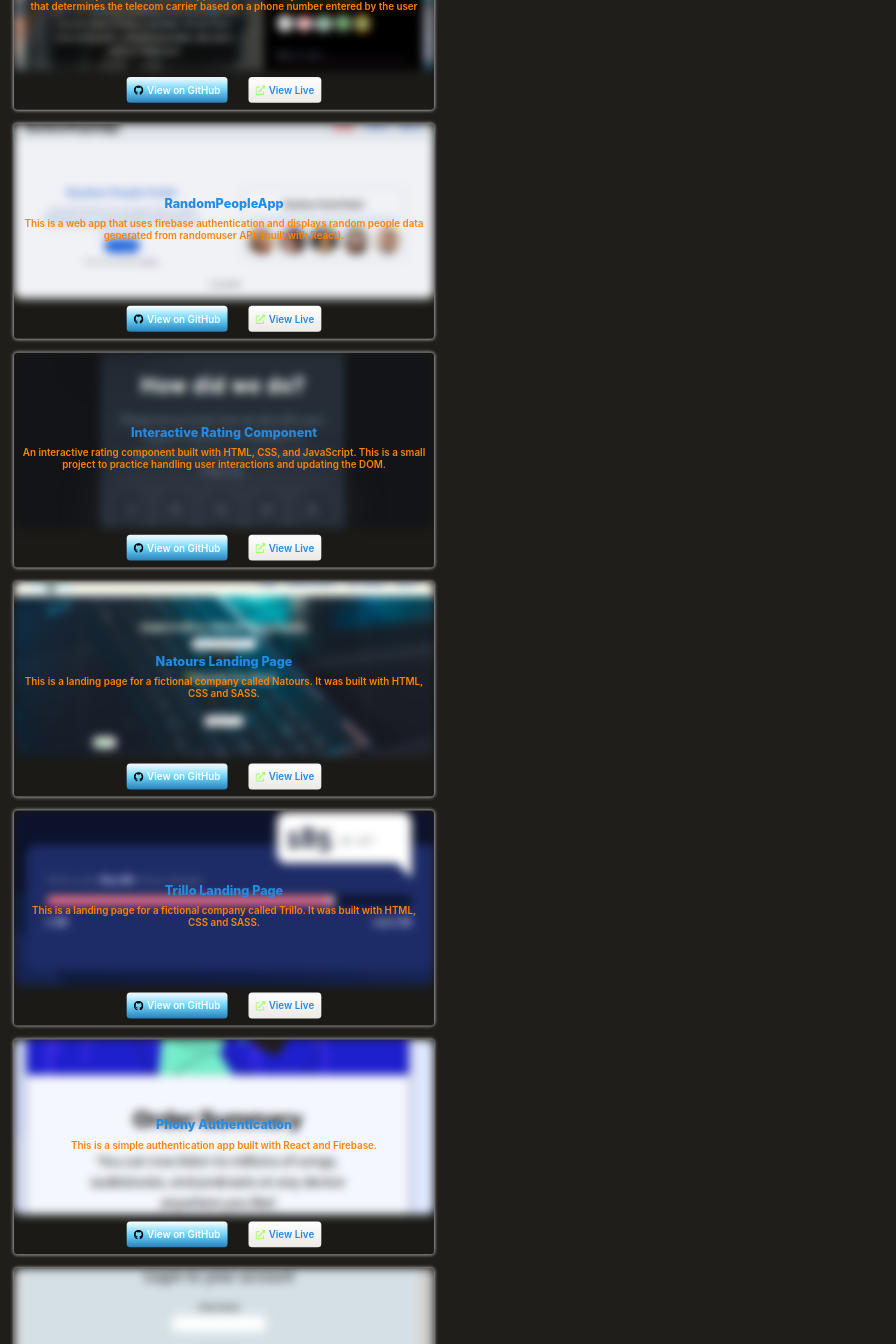
Repository: MikkyPrestige/portfolio
Page: /projects
An editor plug-in stored every save of this project. The page is shown before and after the next save, followed by the edit.
The browser window is 1280 px wide. The pictures show the part of the page from y = 577 to 2497 px (the page is 4351 px tall), at 70% of full size.
The project was rebuilt for these pictures with package versions that can differ from the ones it lists, and the page was loaded fresh each time. Also part of the build but not shown: src/components/avatar.jsx, src/components/home.jsx, src/components/about.jsx, src/components/fallback.jsx.

Above is the page before, as saved 2023-02-21 19:57:45.

After the next save:
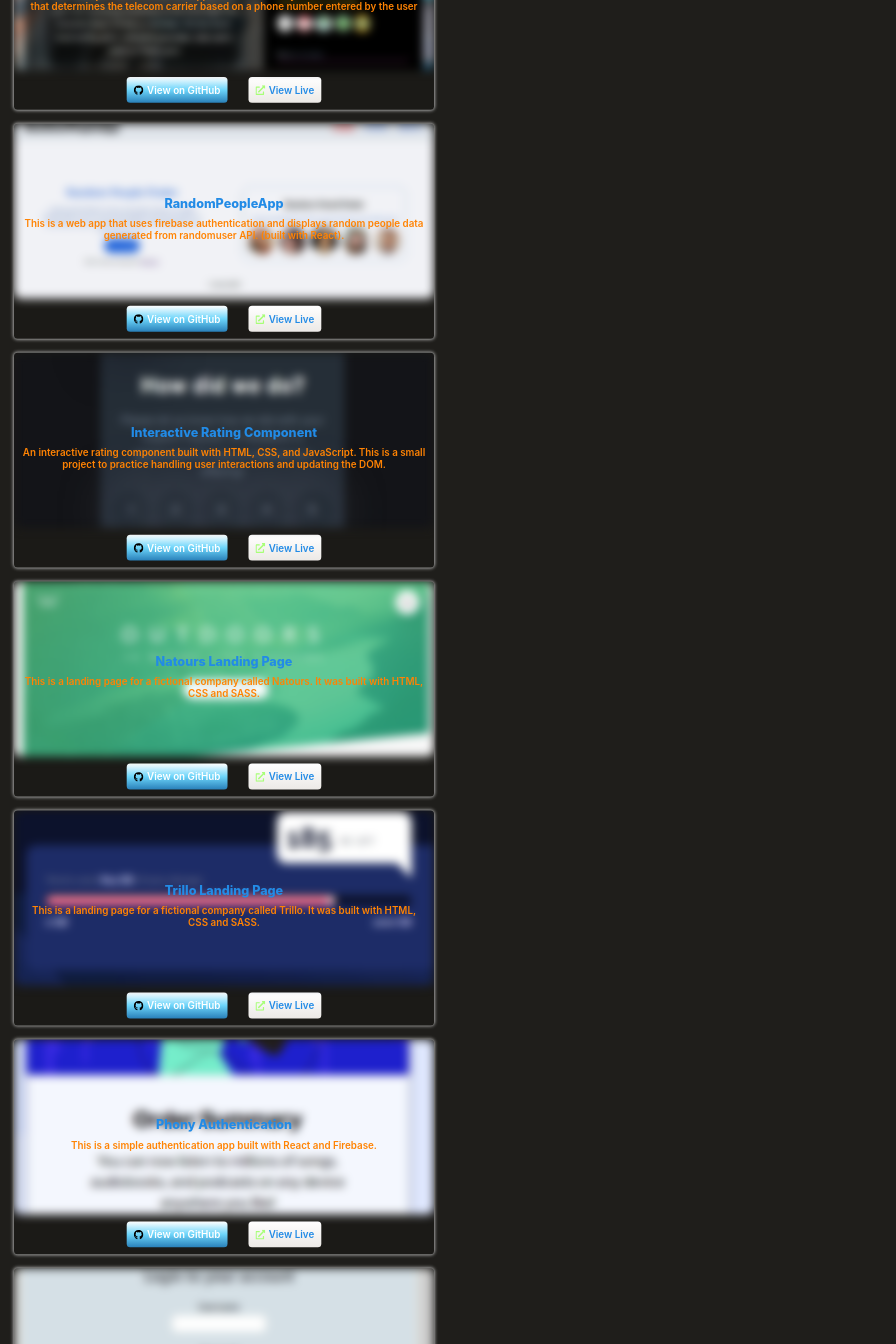
Saved 44 s later.
--- a/src/assets/styles/sass/pages/_projects.scss
+++ b/src/assets/styles/sass/pages/_projects.scss
@@ -67,7 +67,7 @@
       }
 
       &-5 {
-        background-image: url(../../../images/repoApp.jpeg);
+        background-image: url(../../../images/natours.jpeg);
       }
 
       &-6 {
